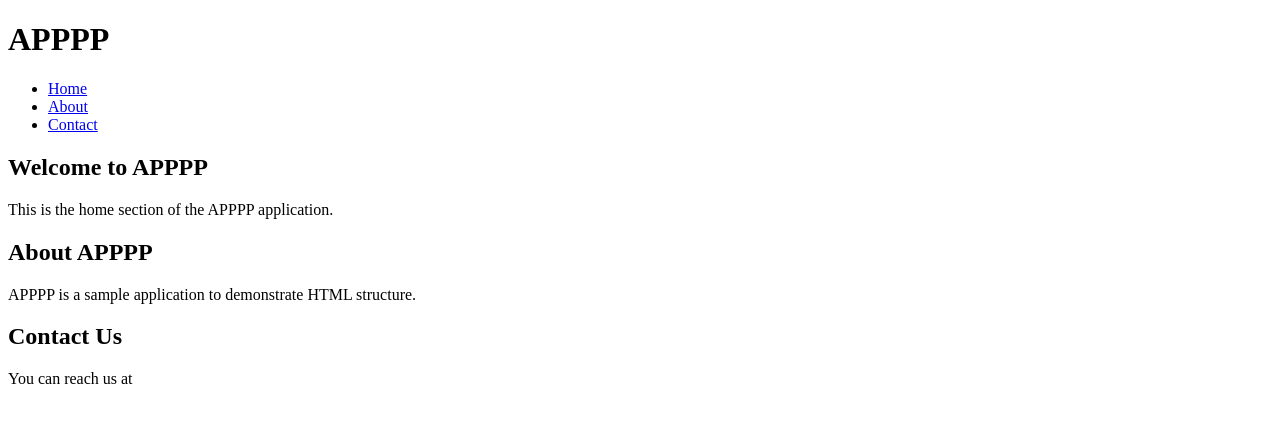
Repository: prestige225/prestige_services_et_finances
Page: app.html
An editor plug-in stored every save of this project. The page is shown before and after the next save, followed by the edit.
The browser window is 1280 px wide. The pictures show the whole page.

Above is the page before, as saved 2025-06-01 16:57:33.

### app.html

<!DOCTYPE html>
<html lang="en">
<head>
    <meta charset="UTF-8">
    <meta name="viewport" content="width=device-width, initial-scale=1.0">
    <title>APPPP</title>
</head>
<body>
   <header>
        <h1>APPPP</h1>
        <nav>
            <ul>
                <li><a href="#home">Home</a></li>
                <li><a href="#about">About</a></li>
                <li><a href="#contact">Contact</a></li>
            </ul>
        </nav>
    </header>

    <main>
        <section id="home">
            <h2>Welcome to APPPP</h2>
            <p>This is the home section of the APPPP application.</p>
        </section>

        <section id="about">
            <h2>About APPPP</h2>
            <p>APPPP is a sample application to demonstrate HTML structure.</p>
        </section>

        <section id="contact">
            <h2>Contact Us</h2>
            <p>You can reach us at
</body>
</html>

After the next save:
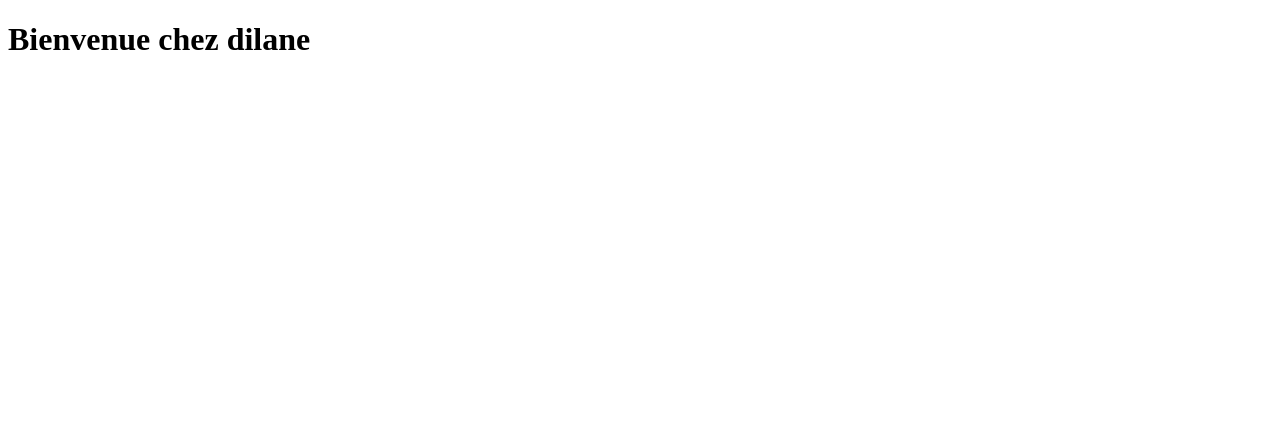
Saved 69 s later.
--- a/app.html
+++ b/app.html
@@ -8,29 +8,9 @@
 </head>
 <body>
    <header>
-        <h1>APPPP</h1>
-        <nav>
-            <ul>
-                <li><a href="#home">Home</a></li>
-                <li><a href="#about">About</a></li>
-                <li><a href="#contact">Contact</a></li>
-            </ul>
-        </nav>
-    </header>
-
-    <main>
-        <section id="home">
-            <h2>Welcome to APPPP</h2>
-            <p>This is the home section of the APPPP application.</p>
-        </section>
-
-        <section id="about">
-            <h2>About APPPP</h2>
-            <p>APPPP is a sample application to demonstrate HTML structure.</p>
-        </section>
-
-        <section id="contact">
-            <h2>Contact Us</h2>
-            <p>You can reach us at
+    <h1>
+        Bienvenue chez dilane
+    </h1>
+   </header>
 </body>
 </html>
